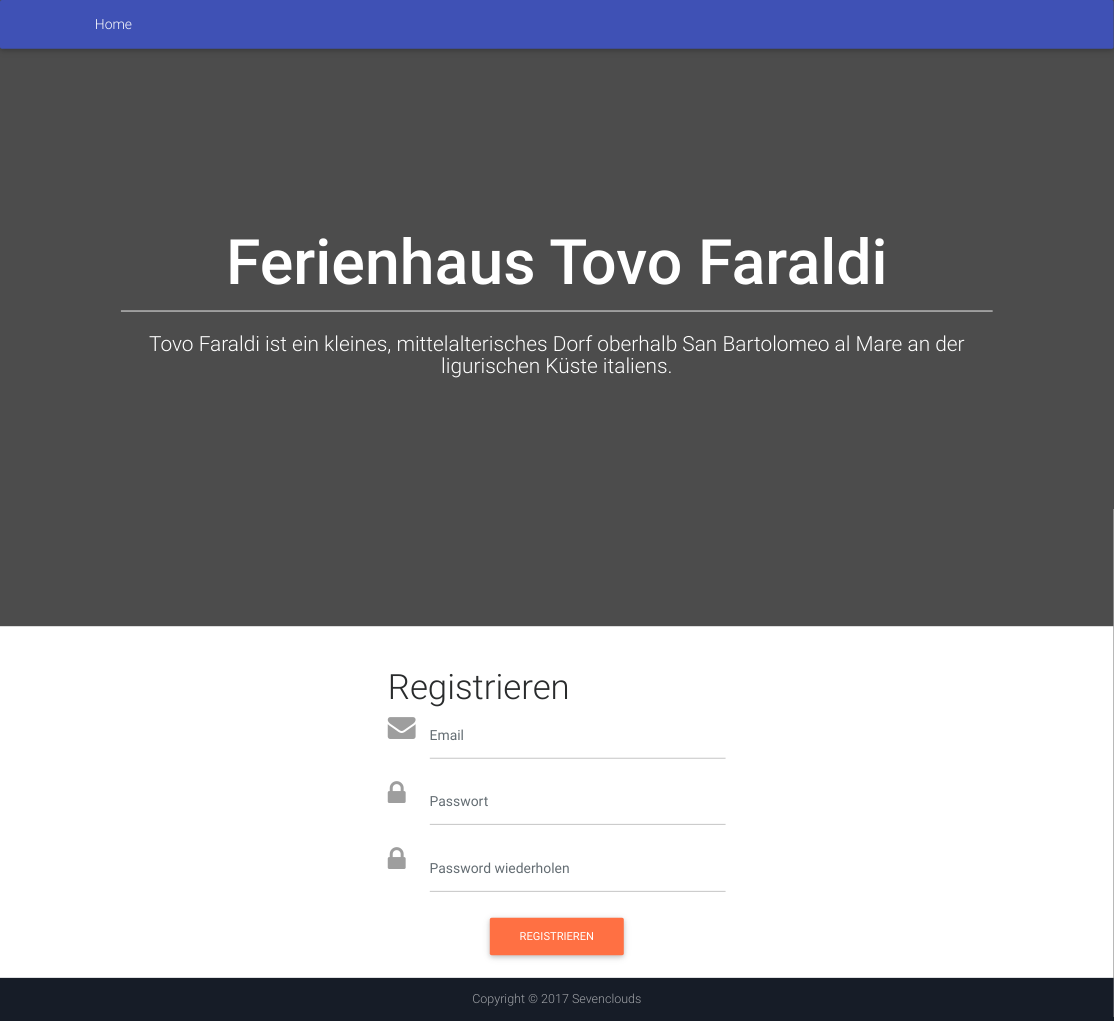
Repository: adanlessossi/ardoino
Page: register.html
An editor plug-in stored every save of this project. The page is shown before and after the next save, followed by the edit.
The browser window is 1280 px wide. The pictures show the whole page, at 87% of full size.
Some web libraries are served in a nearby version.

Above is the page before, as saved 2018-03-31 11:35:40.

### register.html
<!DOCTYPE html>
<html lang="en">

<head>
    <meta charset="utf-8">
    <meta name="viewport" content="width=device-width, initial-scale=1, shrink-to-fit=no">
    <meta http-equiv="x-ua-compatible" content="ie=edge">
    <title>Ardoino 88</title>
    <!-- Font Awesome -->
    <link rel="stylesheet" href="https://maxcdn.bootstrapcdn.com/font-awesome/4.6.0/css/font-awesome.min.css">
    <!-- Bootstrap core CSS -->
    <link href="css/bootstrap.min.css" rel="stylesheet">
    <!-- Material Design Bootstrap -->
    <link href="css/mdb.min.css" rel="stylesheet">
    <!-- Your custom styles (optional) -->
    <link href="css/style.css" rel="stylesheet">
</head>

<body>

    <!-- Start your project here-->
    <!--Main Navigation-->
    <header>

        <!--Navbar-->
        <nav class="navbar navbar-expand-lg navbar-dark indigo fixed-top scrolling-navbar">
            <!-- <nav class="navbar navbar-expand-lg navbar-dark fixed-top scrolling-navbar"> -->
            <div class="container">

                <!-- Navbar brand -->
                <a class="navbar-brand" href="#"></a>

                <!-- Collapse button -->
                <button class="navbar-toggler" type="button" data-toggle="collapse" data-target="#navbarSupportedContent" aria-controls="navbarSupportedContent" aria-expanded="false" aria-label="Toggle navigation"><span class="navbar-toggler-icon"></span></button>

                <!-- Collapsible content -->
                <div class="collapse navbar-collapse" id="navbarSupportedContent">

                    <!-- Links -->
                    <ul class="navbar-nav mr-auto smooth-scroll">
                        <li class="nav-item">
                            <a class="nav-link" href="index.html">Home</a>
                        </li>
                    </ul>
                    <!-- Links -->
                </div>
                <!-- Collapsible content -->

            </div>
        </nav>
        <!--/.Navbar-->

        <!--Mask-->
        <div id="intro" class="view hm-black-strong">

            <div class="container-fluid full-bg-img d-flex align-items-center justify-content-center">

                <div class="row d-flex justify-content-center">

                    <div class="col-md-10 text-center">

                        <!-- Heading -->
                        <h2 class="display-3 font-bold white-text mb-2">Ferienhaus Tovo Faraldi</h2>

                        <!-- Divider -->
                        <hr class="hr-light">

                        <!-- Description -->
                        <h4 class="white-text my-4">Tovo Faraldi ist ein kleines, mittelalterisches Dorf oberhalb San Bartolomeo al Mare an der ligurischen Küste italiens.</h4>
                    </div>

                </div>

            </div>

        </div>
        <!--/.Mask-->

    </header>
    <!--Main Navigation-->

    <!--Main layout-->
    <main class="mt-5">
        <div class="container">

            <section id="register" class="form-wrap">
                <h1>Registrieren</h1>
                <form id="registrationForm">

                    <div class="md-form">
                        <i class="fa fa-envelope prefix grey-text"></i>
                        <input type="email" id="emailInputRegister" class="form-control" placeholder="Email" pattern=".*" required>
                    </div>
                    <div class="md-form">
                        <i class="fa fa-lock prefix grey-text"></i>
                        <input type="password" id="passwordInputRegister" class="form-control" placeholder="Passwort" pattern=".*" required>
                    </div>

                    <div class="md-form">
                        <i class="fa fa-lock prefix grey-text"></i>
                        <input type="password" id="password2InputRegister" class="form-control" placeholder="Password wiederholen" pattern=".*" required>
                    </div>

                    <div class="text-center">
                        <button class="btn btn-deep-orange">Registrieren</button>
                    </div>
                </form>
            </section>

        </div>
    </main>
    <!--Main layout-->

    <!--Footer-->
    <footer class="page-footer blue center-on-small-only unique-color-dark pt-0">



        <!--Copyright-->
        <div class="footer-copyright">
            <div class="container-fluid">
                Copyright &copy; 2017 Sevenclouds

            </div>
        </div>
        <!--/.Copyright-->

    </footer>
    <!--/.Footer-->
    <!-- /Start your project here-->

    <!-- SCRIPTS -->
    <!-- JQuery -->
    <script type="text/javascript" src="js/jquery-3.1.1.min.js"></script>
    <!-- Bootstrap tooltips -->
    <script type="text/javascript" src="js/popper.min.js"></script>
    <!-- Bootstrap core JavaScript -->
    <script type="text/javascript" src="js/bootstrap.min.js"></script>
    <!-- MDB core JavaScript -->
    <script type="text/javascript" src="js/mdb.min.js"></script>

    <script src="js/vendor/aws-cognito-sdk.min.js"></script>
    <script src="js/vendor/amazon-cognito-identity.min.js"></script>
    <script src="js/config.js"></script>
    <script src="js/cognito-auth.js"></script>

</body>

</html>

### css/style.css
/* YOUR CUSTOM STYLES */

html,
body,
header,
#intro {
    height: 100%;
}

#intro-left {
    background: url("../img/tovo/tovo_front.jpg") no-repeat center fixed;
    -webkit-background-size: cover;
    -moz-background-size: cover;
    -o-background-size: cover;
    background-size: cover;
}

#intro-right {
    background: url("../img/tovo/haus1.jpg") no-repeat center center fixed;
    -webkit-background-size: cover;
    -moz-background-size: cover;
    -o-background-size: cover;
    background-size: cover;
}

.top-nav-collapse {
    background-color: #24355C;
}


/* Forms */

.form-wrap {
    width: 35%;
    margin: 0 auto;
}

.left-form {
    width: 47.5%;
    float: left;
}

.right-form {
    width: 47.5%;
    float: right;
}

@media screen and (max-width: 1200px) {
    .form-wrap {
        width: 90%;
    }
}

@media screen and (max-width: 600px) {
    .form-wrap {
        width: 90%;
    }
    .left-form {
        width: 100%;
    }
    .right-form {
        width: 100%;
    }
}

.page-home .home-button {
    -webkit-appearance: none;
    -moz-appearance: none;
    background: #fff;
    border: 1px solid transparent;
    border-radius: 1.25rem;
    color: #f50856;
    font-size: 1.25rem;
    text-transform: uppercase;
    padding: .3125rem 1.5625rem;
    position: absolute;
    left: 50%;
    bottom: 5%;
    -webkit-transform: translateX(-50%);
    transform: translateX(-50%);
    font-weight: 700
}

@media screen and (min-width:40em) {
    .page-home .home-button {
        bottom: 22%
    }
}


/* Responsive iFrame */

.responsive-iframe-container {
    position: relative;
    padding-bottom: 56.25%;
    padding-top: 30px;
    height: 0;
    overflow: hidden;
}

.responsive-iframe-container iframe,
.vresponsive-iframe-container object,
.vresponsive-iframe-container embed {
    position: absolute;
    top: 0;
    left: 0;
    width: 100%;
    height: 100%;
}

### js/config.js
window._config = {
    cognito: {
        userPoolId: 'eu-central-1_9wkKpUXla', // e.g. us-east-2_uXboG5pAb
        userPoolClientId: '5m06t0uom5pgeecb0qq7c5v2p6', // e.g. 25ddkmj4v6hfsfvruhpfi7n4hv
        region: 'eu-central-1' // e.g. us-east-2
    },
    api: {
        invokeUrl: 'https://dhyhujrehh.execute-api.eu-central-1.amazonaws.com/prod' // e.g. https://rc7nyt4tql.execute-api.us-west-2.amazonaws.com/prod',
    }
};

### js/cognito-auth.js
/*global Ardoino _config AmazonCognitoIdentity AWSCognito*/

var Ardoino = window.Ardoino || {};

(function scopeWrapper($) {
    var signinUrl = '/signin.html';

    var poolData = {
        UserPoolId: _config.cognito.userPoolId,
        ClientId: _config.cognito.userPoolClientId
    };

    var userPool;

    if (!(_config.cognito.userPoolId &&
            _config.cognito.userPoolClientId &&
            _config.cognito.region)) {
        $('#noCognitoMessage').show();
        return;
    }

    userPool = new AmazonCognitoIdentity.CognitoUserPool(poolData);

    if (typeof AWSCognito !== 'undefined') {
        AWSCognito.config.region = _config.cognito.region;
    }

    Ardoino.signOut = function signOut() {
        userPool.getCurrentUser().signOut();
    };

    Ardoino.authToken = new Promise(function fetchCurrentAuthToken(resolve, reject) {
        var cognitoUser = userPool.getCurrentUser();

        if (cognitoUser) {
            cognitoUser.getSession(function sessionCallback(err, session) {
                if (err) {
                    reject(err);
                } else if (!session.isValid()) {
                    resolve(null);
                } else {
                    resolve(session.getIdToken().getJwtToken());
                }
            });
        } else {
            resolve(null);
        }
    });


    /*
     * Cognito User Pool functions
     */

    function register(email, password, onSuccess, onFailure) {
        var dataEmail = {
            Name: 'email',
            Value: email
        };
        var attributeEmail = new AmazonCognitoIdentity.CognitoUserAttribute(dataEmail);

        userPool.signUp(toUsername(email), password, [attributeEmail], null,
            function signUpCallback(err, result) {
                if (!err) {
                    onSuccess(result);
                } else {
                    onFailure(err);
                }
            }
        );
    }

    function signin(email, password, onSuccess, onFailure) {
        var authenticationDetails = new AmazonCognitoIdentity.AuthenticationDetails({
            Username: toUsername(email),
            Password: password
        });

        var cognitoUser = createCognitoUser(email);
        cognitoUser.authenticateUser(authenticationDetails, {
            onSuccess: onSuccess,
            onFailure: onFailure
        });
    }

    function verify(email, code, onSuccess, onFailure) {
        createCognitoUser(email).confirmRegistration(code, true, function confirmCallback(err, result) {
            if (!err) {
                onSuccess(result);
            } else {
                onFailure(err);
            }
        });
    }

    function createCognitoUser(email) {
        return new AmazonCognitoIdentity.CognitoUser({
            Username: toUsername(email),
            Pool: userPool
        });
    }

    function toUsername(email) {
        return email.replace('@', '-at-');
    }

    /*
     *  Event Handlers
     */

    $(function onDocReady() {
        $('#signinForm').submit(handleSignin);
        $('#registrationForm').submit(handleRegister);
        $('#verifyForm').submit(handleVerify);
    });

    function handleSignin(event) {
        var email = $('#emailInputSignin').val();
        var password = $('#passwordInputSignin').val();
        event.preventDefault();
        signin(email, password,
            function signinSuccess() {
                console.log('Successfully Logged In');
                window.location.href = 'calendar.html#calendar';
            },
            function signinError(err) {
                alert(err);
            }
        );
    }

    function handleRegister(event) {
        var email = $('#emailInputRegister').val();
        var password = $('#passwordInputRegister').val();
        var password2 = $('#password2InputRegister').val();

        var onSuccess = function registerSuccess(result) {
            var cognitoUser = result.user;
            console.log('user name is ' + cognitoUser.getUsername());
            alert('Registration successful. Please check your email for your verification code');
        };
        var onFailure = function registerFailure(err) {
            alert(err);
        };
        event.preventDefault();

        if (password === password2) {
            register(email, password, onSuccess, onFailure);
        } else {
            alert('Passwords do not match');
        }
    }

    function handleVerify(event) {
        var email = $('#emailInputVerify').val();
        var code = $('#codeInputVerify').val();
        event.preventDefault();
        verify(email, code,
            function verifySuccess(result) {
                console.log('call result: ' + result);
                console.log('Successfully verified');
                alert('Verification successful. You will now be redirected to the login page.');
                window.location.href = signinUrl;
            },
            function verifyError(err) {
                alert(err);
            }
        );
    }
}(jQuery));

Loaded but not shown: css/bootstrap.min.css (library); css/mdb.min.css (library); js/jquery-3.1.1.min.js (library); js/popper.min.js (library); js/bootstrap.min.js (library); js/mdb.min.js (library); js/vendor/aws-cognito-sdk.min.js (library); js/vendor/amazon-cognito-identity.min.js (library)

After the next save:
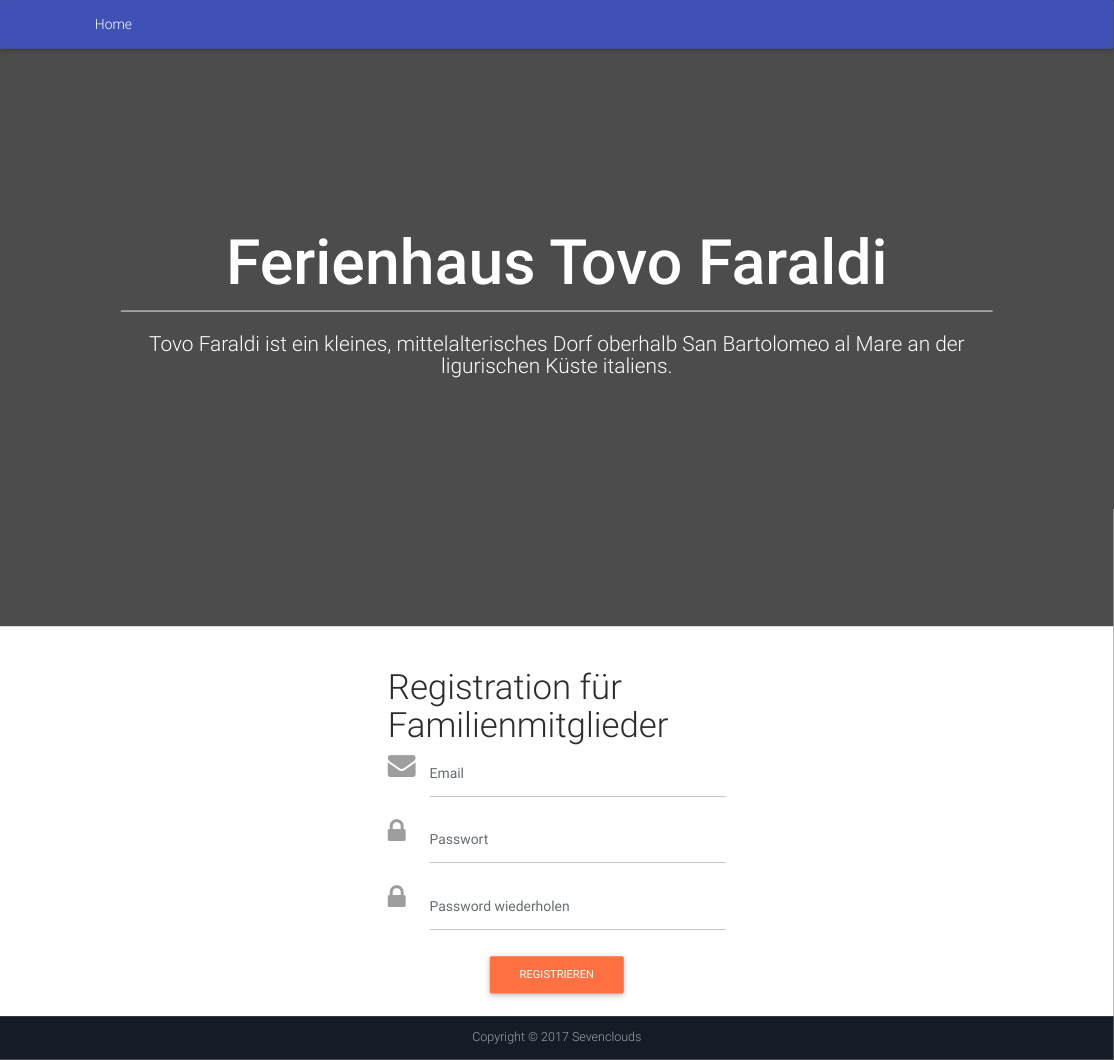
Saved 4 min 29 s later.
--- a/register.html
+++ b/register.html
@@ -84,7 +84,7 @@
         <div class="container">
 
             <section id="register" class="form-wrap">
-                <h1>Registrieren</h1>
+                <h1>Registration für Familienmitglieder</h1>
                 <form id="registrationForm">
 
                     <div class="md-form">
